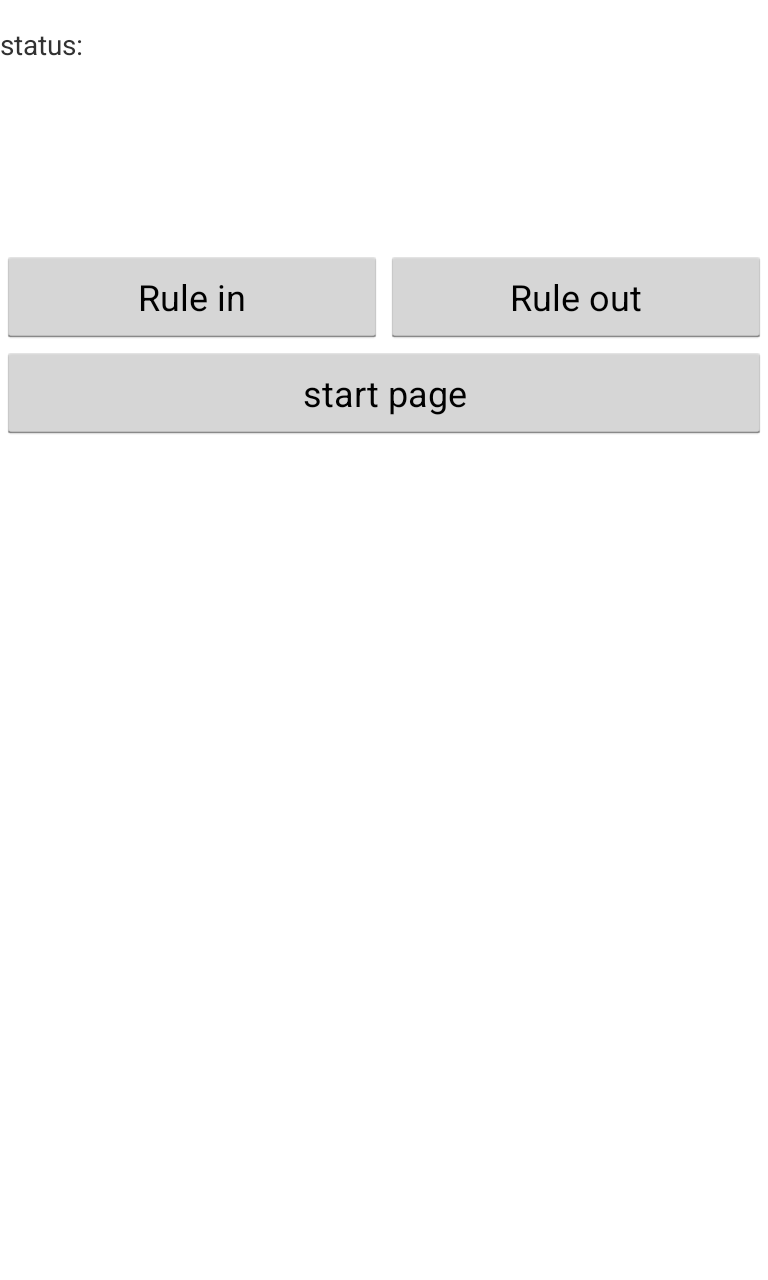
Repository: dthas/d_firewall_c
Layout: src/main/android/eclipse_project/dfirewall/res/layout/activity_main.xml
The author's editor kept a copy of each file at every save. The layout is drawn from the files as they stood at one save, then again after the next save.
It is drawn on a 768 x 1280 px phone screen (xhdpi) without system bars, with theme AppTheme; the app's code is not run.

Above is the layout before, as saved 2017-02-05 04:15:46.

### src/main/android/eclipse_project/dfirewall/res/layout/activity_main.xml
<LinearLayout xmlns:android="http://schemas.android.com/apk/res/android"
android:layout_width="fill_parent"
android:layout_height="wrap_content"
android:orientation="vertical" >

    <LinearLayout
        android:layout_width="fill_parent"
		android:layout_height="wrap_content"
		android:orientation="horizontal" >

	        <TextView
				android:id="@+id/text_view_1"
				android:layout_width="fill_parent"
				android:layout_height="wrap_content"
				android:text="status:" />

	        <TextView
				android:id="@+id/text_view_2"
				android:layout_width="fill_parent"
				android:layout_height="wrap_content"
				android:text="ON" />

	        <Button
			android:id="@+id/button_1"
			android:layout_width="fill_parent"
			android:layout_height="wrap_content"
			android:layout_weight="1"
			android:text="Open" />

			<Button
			android:id="@+id/button_2"
			android:layout_width="fill_parent"
			android:layout_height="wrap_content"
			android:layout_weight="1"
			android:text="Close" />
	</LinearLayout>



    <LinearLayout
       	android:layout_width="fill_parent"
		android:layout_height="wrap_content"
		android:orientation="horizontal" >

			<Button
			android:id="@+id/button_3"
			android:layout_width="fill_parent"
			android:layout_height="wrap_content"
			android:layout_weight="1"
			android:text="Rule in" />

			<Button
			android:id="@+id/button_4"
			android:layout_width="fill_parent"
			android:layout_height="wrap_content"
			android:layout_weight="1"
			android:text="Rule out" />

	</LinearLayout>



    <LinearLayout
       	android:layout_width="fill_parent"
		android:layout_height="wrap_content"
		android:orientation="horizontal" >

			<Button
			android:id="@+id/button_5"
			android:layout_width="fill_parent"
			android:layout_height="wrap_content"
			android:layout_weight="1"
			android:text="start page" />



	</LinearLayout>

</LinearLayout>

Loaded but not shown: src/main/android/eclipse_project/dfirewall/res/values/styles.xml (common file); src/main/android/eclipse_project/dfirewall/res/values-v11/styles.xml (common file); src/main/android/eclipse_project/dfirewall/res/values-v14/styles.xml (common file)

After the next save:
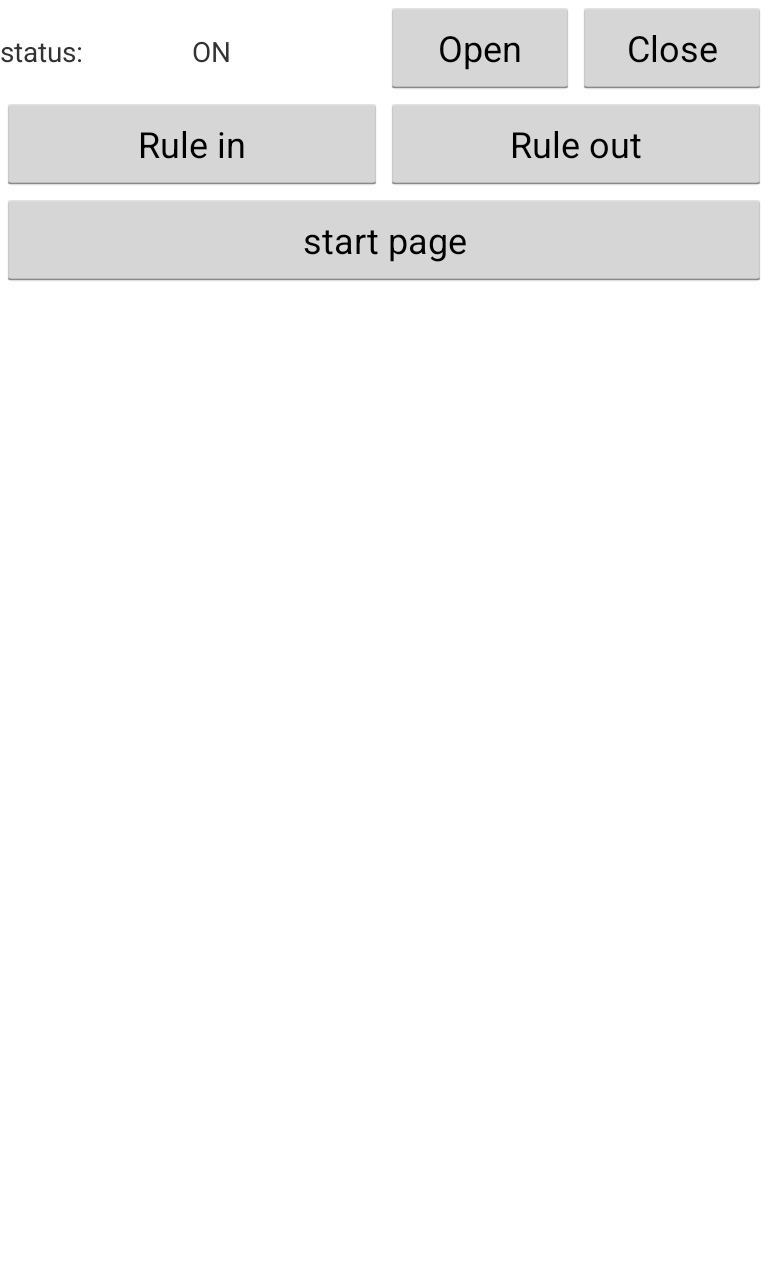
Saved 70 s later.
--- a/src/main/android/eclipse_project/dfirewall/res/layout/activity_main.xml
+++ b/src/main/android/eclipse_project/dfirewall/res/layout/activity_main.xml
@@ -12,12 +12,14 @@ android:orientation="vertical" >
 				android:id="@+id/text_view_1"
 				android:layout_width="fill_parent"
 				android:layout_height="wrap_content"
+				android:layout_weight="1"
 				android:text="status:" />
 
 	        <TextView
 				android:id="@+id/text_view_2"
 				android:layout_width="fill_parent"
 				android:layout_height="wrap_content"
+				android:layout_weight="1"
 				android:text="ON" />
 
 	        <Button
